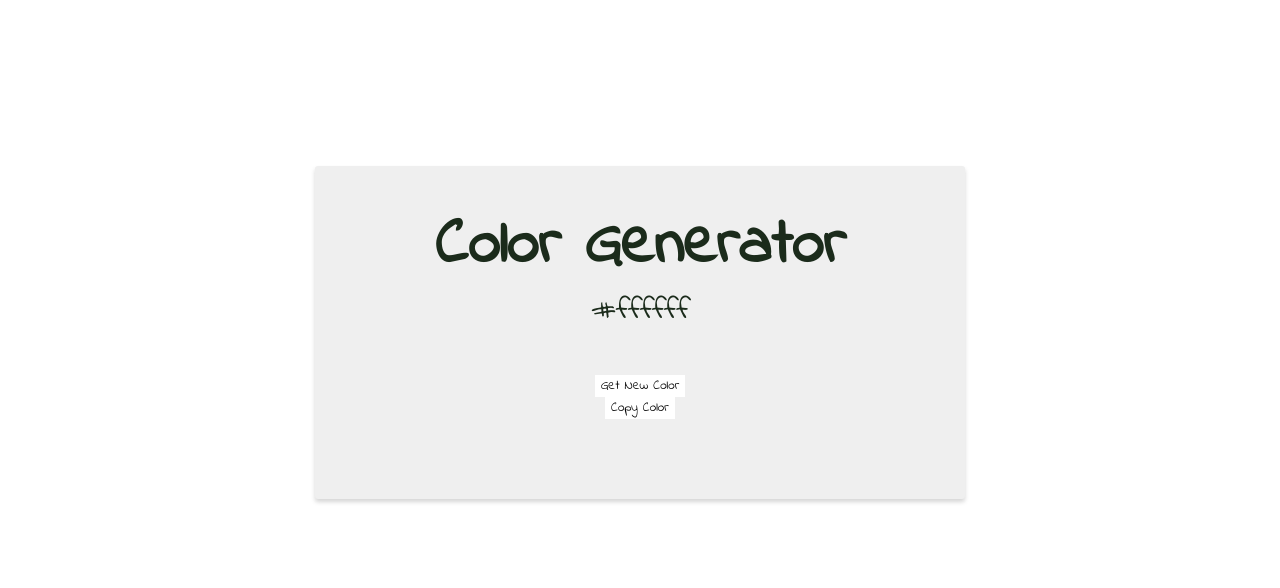
Repository: codimis/JSB-01-Color-Changer
Page: index.html
These files come from the project's save history. The page is drawn as it stood at one moment and after the next save; the edit follows.
The browser window is 1280 px wide. The pictures show the whole page.

Above is the page before, as saved 2021-09-17 01:49:58.

After the next save:
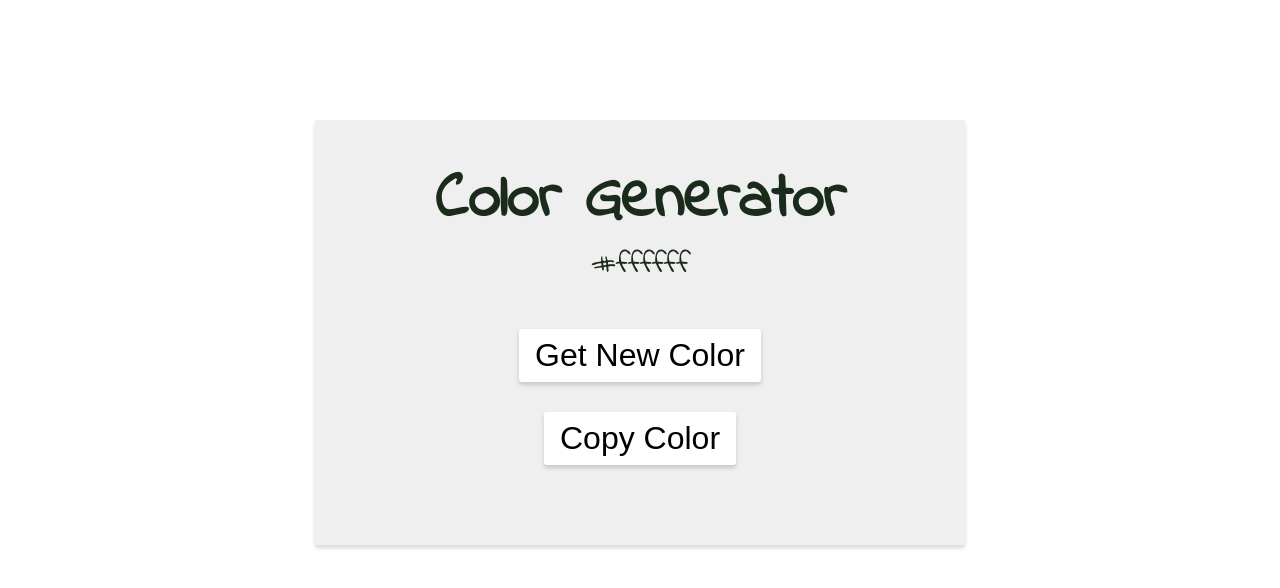
Saved 2 min 9 s later.
--- a/style.css
+++ b/style.css
@@ -62,5 +62,19 @@ h1 {
     border: 0;
     outline: 0;
     background-color: #fff;
-    font-family: inherit;
+    font-family: inherit,sans-serif;
+    font-size: 2rem;
+    padding: 8px 16px;
+    cursor: pointer;
+    border-radius: 3px;
+    box-shadow: 0 3px 4px rgba(50, 50, 50, .2);
 }
+
+#copyColor {
+    margin-top: 30px;
+}
+
+#pickColor:active, #copyColor:active {
+    box-shadow: none;
+    color: var(--color-dark);
+ }
